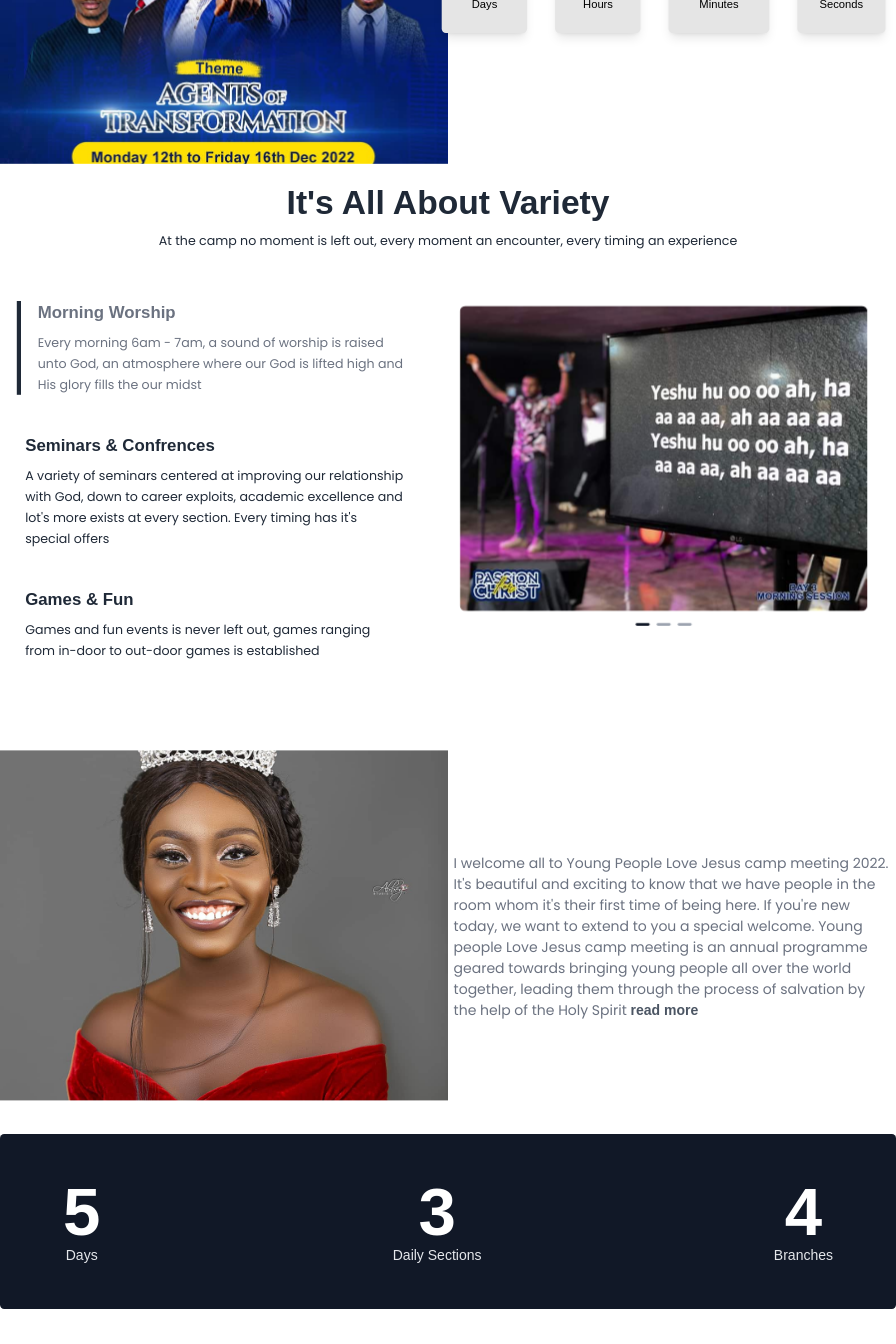
Repository: Ifenna-Pascal/user-camp-onboarding
Page: /
The author's editor kept a copy of each file at every save. The page is drawn from the files as they stood at one save, then again after the next save.
The browser window is 1280 px wide. The pictures show the part of the page from y = 1070 to 2990 px (the page is 4228 px tall before and 3406 px after), at 70% of full size.
Some web fonts or font styles are not loaded; a fallback is used. The project was rebuilt for these pictures with package versions that can differ from the ones it lists, and the page was loaded fresh each time. The framework's server and built-in components were replaced by stand-ins that run in the browser. Also part of the build but not shown: next.config.js, styles/Home.module.css.

Above is the page before, as saved 2022-11-26 11:20:48.

After the next save:
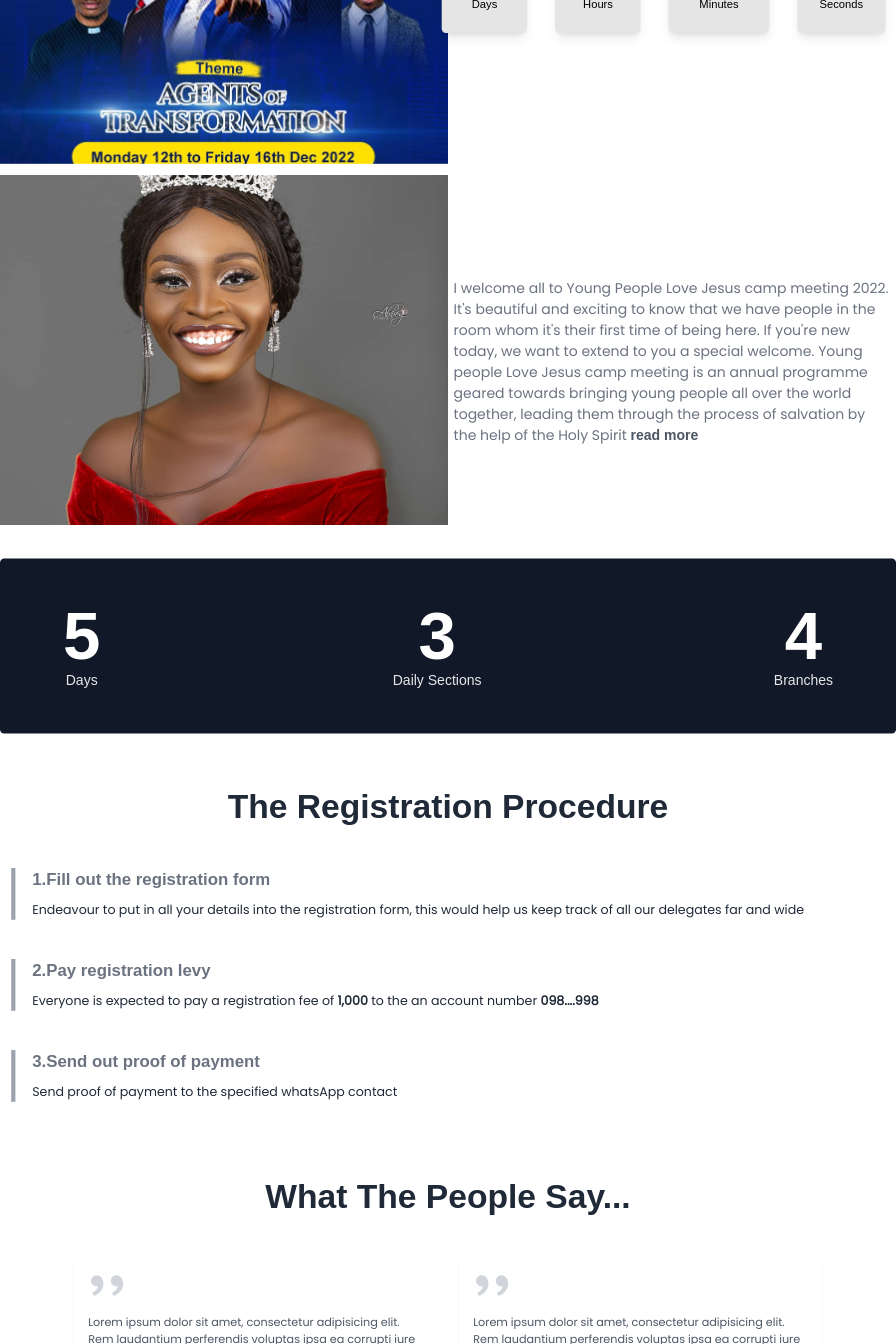
Saved 24 s later.
--- a/pages/index.js
+++ b/pages/index.js
@@ -17,7 +17,7 @@ export default function Home() {
       <div className="max-w-[1450px] mx-auto">
         <Hero />
         <CountDown />
-        <HowItWorks />
+        {/* <HowItWorks /> */}
         <Speech />
         <Numerics />
         <Steps />
